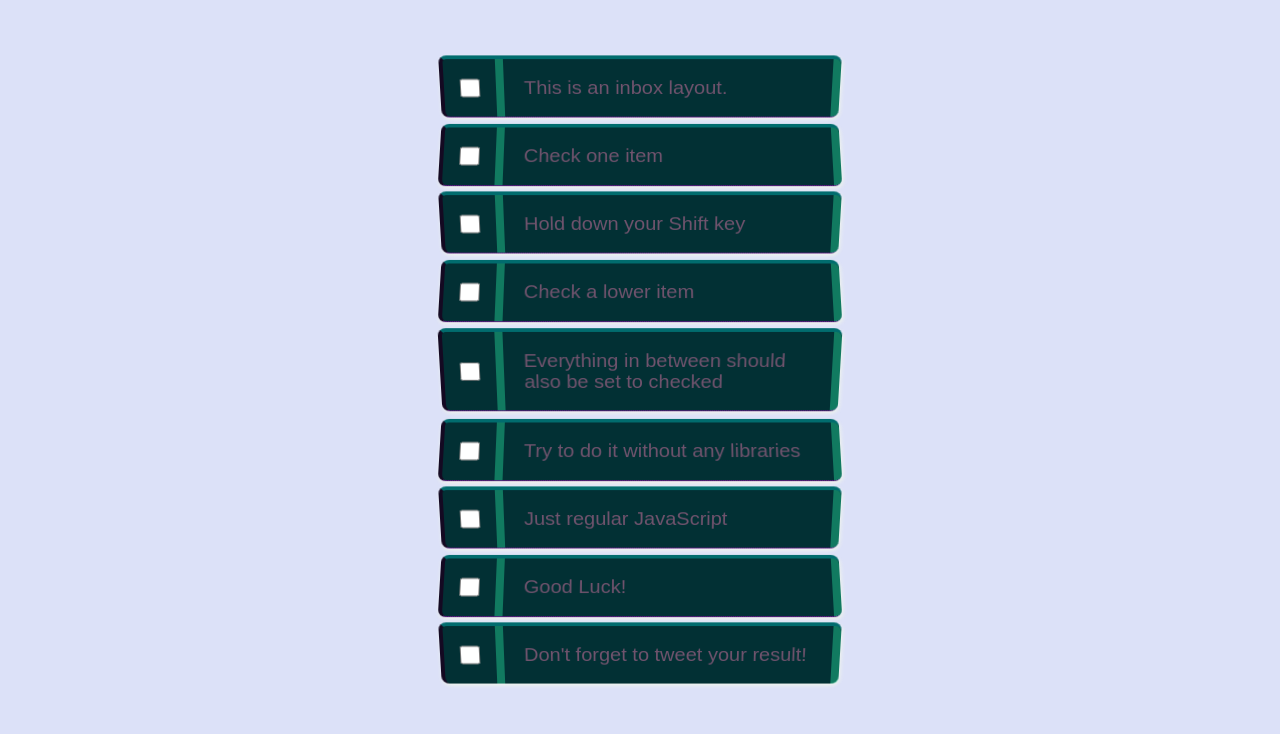
Repository: Freezler/Shift-Select-Checkboxes
Page: index.html
These files come from the project's save history. The page is drawn as it stood at one moment and after the next save; the edit follows.
The browser window is 1280 px wide. The pictures show the whole page.

Above is the page before, as saved 2024-09-07 23:37:13.

After the next save:
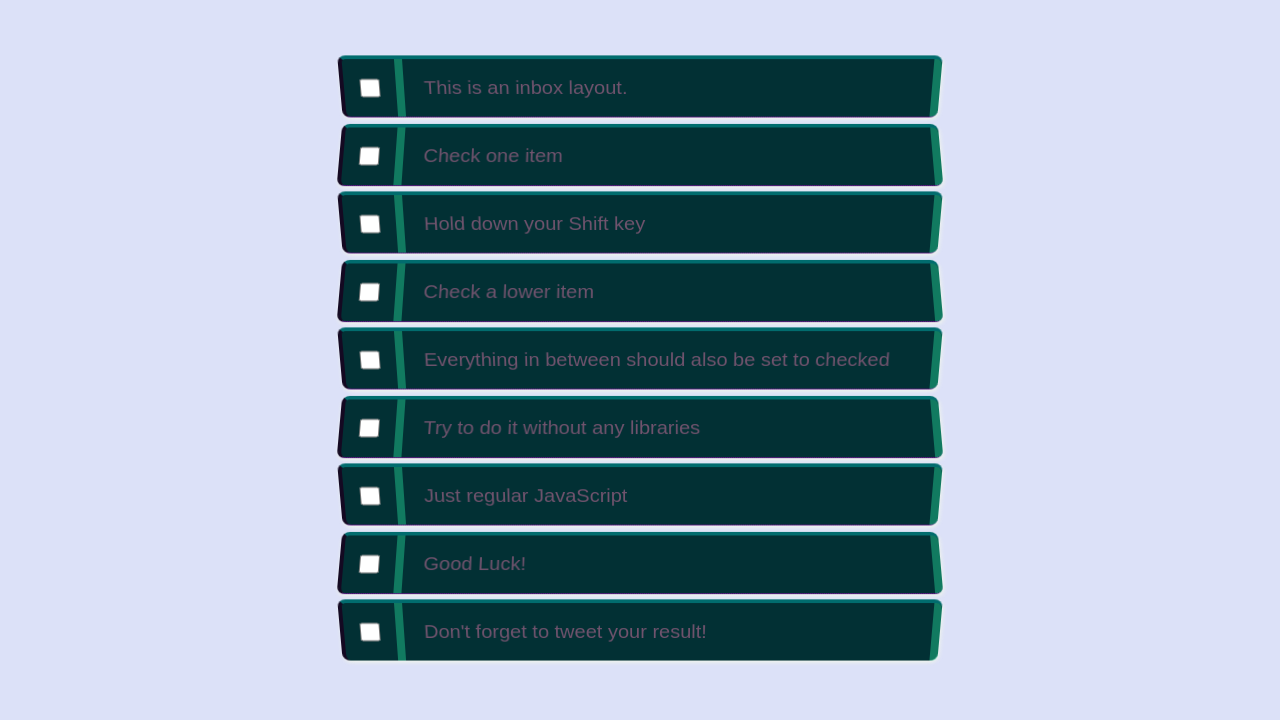
Saved 15 s later.
--- a/index.html
+++ b/index.html
@@ -26,7 +26,7 @@
 
 
     .inbox {
-      max-width: 400px;
+      max-width: 600px;
       margin: 50px auto;
       gap: 0px;
       border-radius: 5px;
